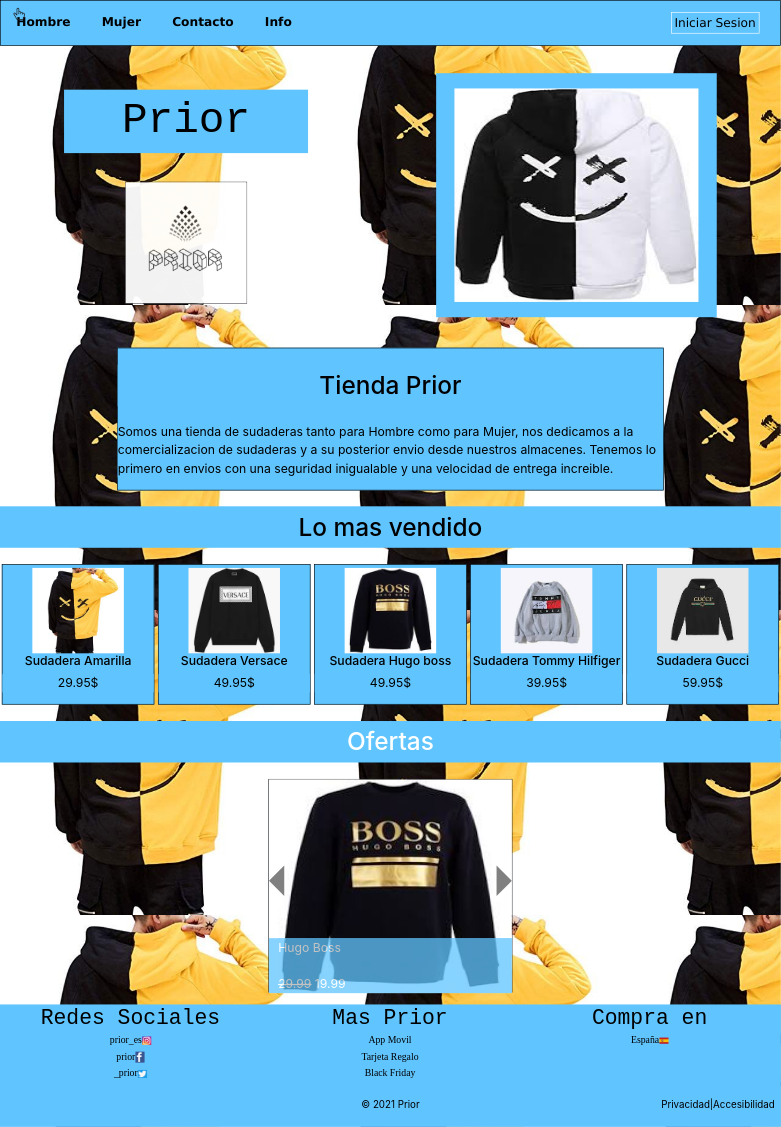
Repository: danilugones10/Proyecto
Page: main.html
The author's editor kept a copy of each file at every save. The page is drawn from the files as they stood at one save, then again after the next save.
The browser window is 1280 px wide. The pictures show the whole page, at 61% of full size.
Some web libraries are served in a nearby version.

Above is the page before, as saved 2021-03-20 13:02:25.

After the next save:
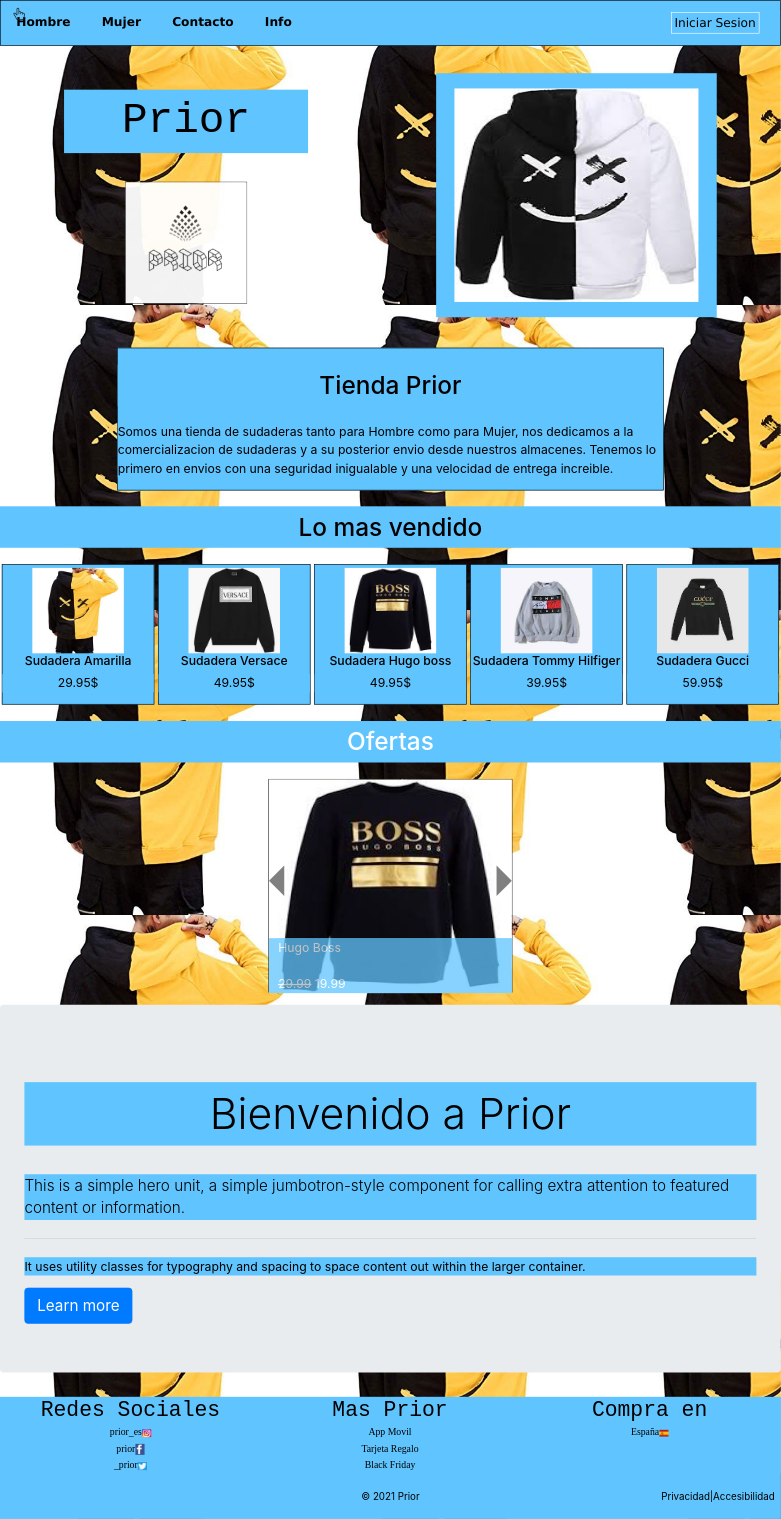
Saved 91 s later.
--- a/main.html
+++ b/main.html
@@ -104,7 +104,13 @@
             </div>
         </section>
         <section>
-
+            <div class="jumbotron">
+                <h1 class="display-4">Bienvenido a Prior</h1>
+                <p class="lead">This is a simple hero unit, a simple jumbotron-style component for calling extra attention to featured content or information.</p>
+                <hr class="my-4">
+                <p>It uses utility classes for typography and spacing to space content out within the larger container.</p>
+                <a class="btn btn-primary btn-lg" href="#" role="button">Learn more</a>
+              </div>
         </section>
     </main>
 
